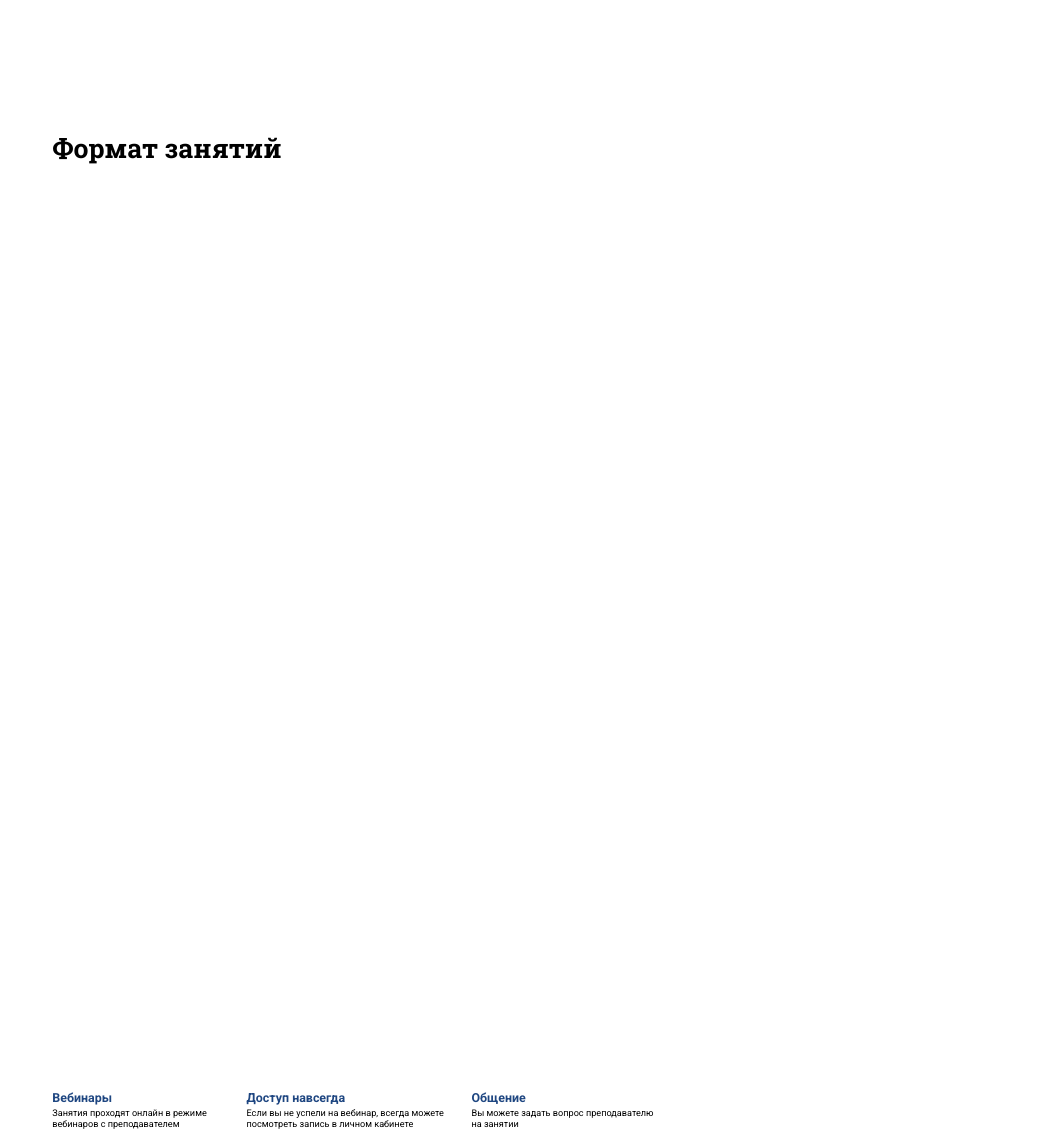
Repository: PoladEziz/Task-4
Page: index.html
An editor plug-in stored every save of this project. The page is shown before and after the next save, followed by the edit.
The browser window is 1280 px wide. The pictures show the whole page, at 83% of full size.

Above is the page before, as saved 2023-05-09 17:17:29.

After the next save:
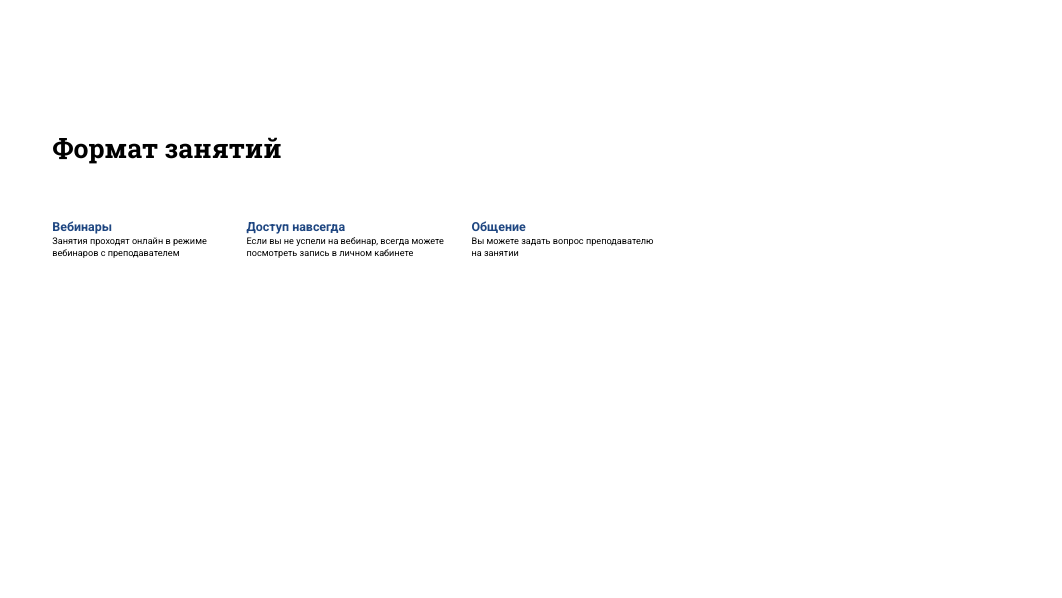
Saved 46 s later.
--- a/index.css
+++ b/index.css
@@ -99,7 +99,7 @@
     font-weight: 700;
     font-size: 32px;
     line-height: 101.38%;
-    margin-bottom: 70pc;
+    margin-bottom: 70px;
   }
 
   .main .page-1 .top_child ul li h2 {
